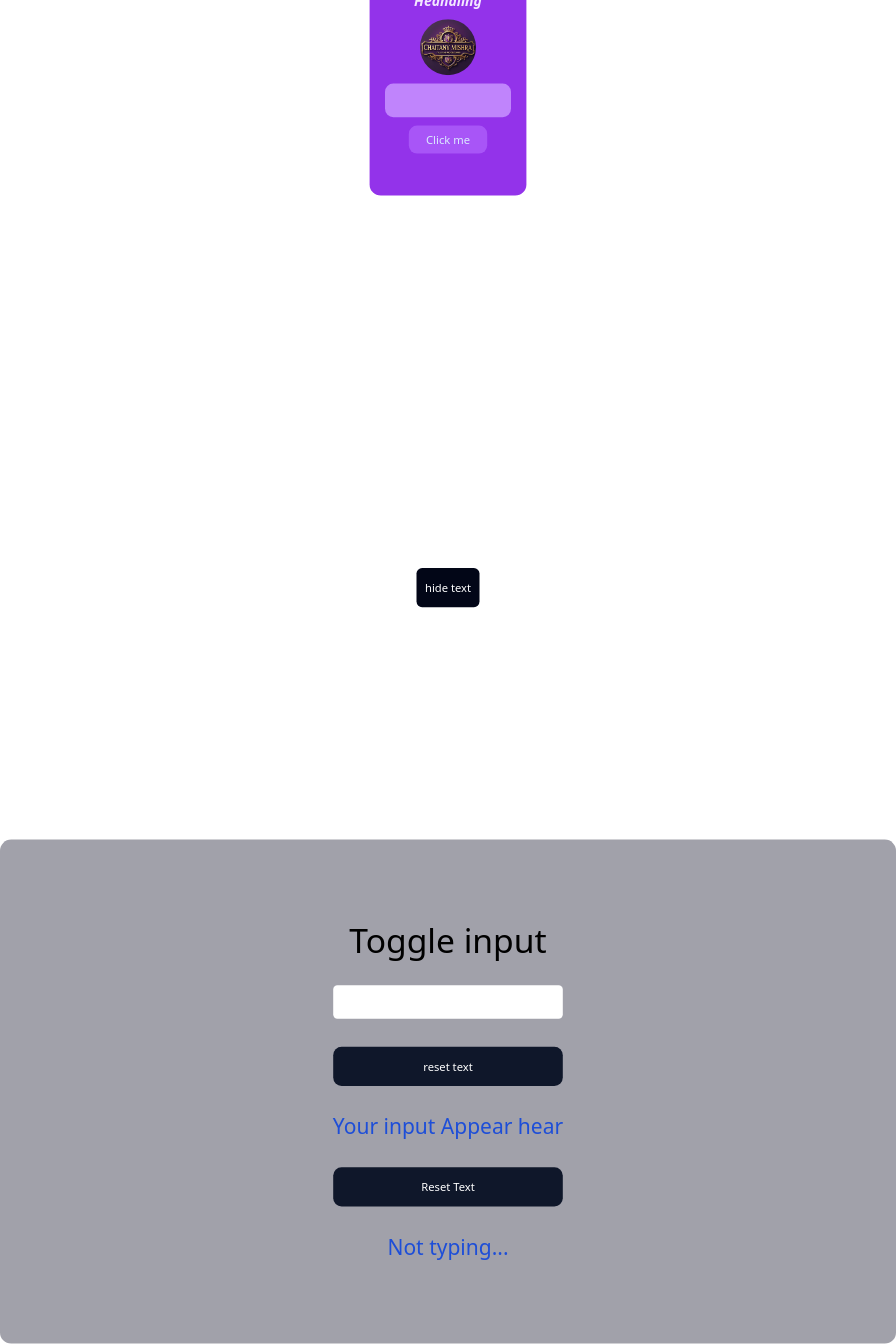
Repository: ChaitanyMishra/react-daily-work
Page: / (app in praticeForReact/revise-react/)
An editor plug-in stored every save of this project. The page is shown before and after a run of saves, followed by the edit.
The browser window is 1280 px wide. The pictures show the part of the page from y = 828 to 2748 px (the page is 2748 px tall), at 70% of full size.
The project was rebuilt for these pictures with package versions that can differ from the ones it lists, and the page was loaded fresh each time. Also part of the build but not shown: praticeForReact/revise-react/vite.config.js.

Above is the page before, as saved 2025-07-03 20:45:50.

After the next 2 saves:
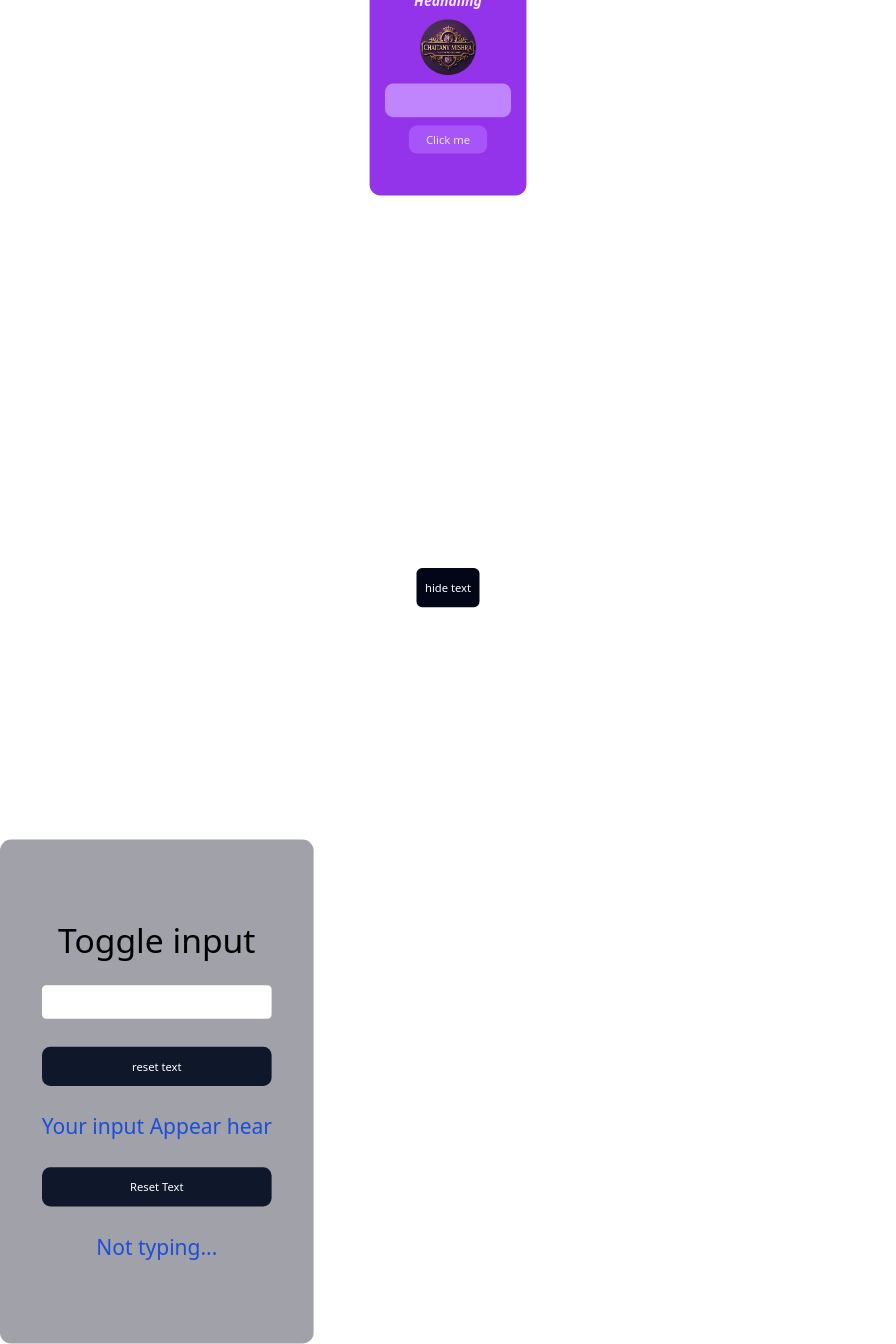
The 2 saves are shown as one change because they came seconds apart.
The last was saved 8 s later.
--- a/praticeForReact/revise-react/src/components/toggleInput.jsx
+++ b/praticeForReact/revise-react/src/components/toggleInput.jsx
@@ -17,7 +17,7 @@ function ToggleInput() {
 
     } , [input])
   return (
-    <div className='flex flex-col bg-zinc-400 h-screen w-screen rounded-2xl items-center justify-center max-w- '>
+    <div className='flex flex-col bg-zinc-400 h-screen w-screen rounded-2xl items-center justify-center max-w-md '>
       <div className='flex flex-col gap-10'>
         <h1 className='text-5xl text-center'>Toggle input</h1>
             <input type="text" className='px-4 py-3 rounded-md placeholder:enter text'  onChange={(e) => setInput(e.target.value)} />
